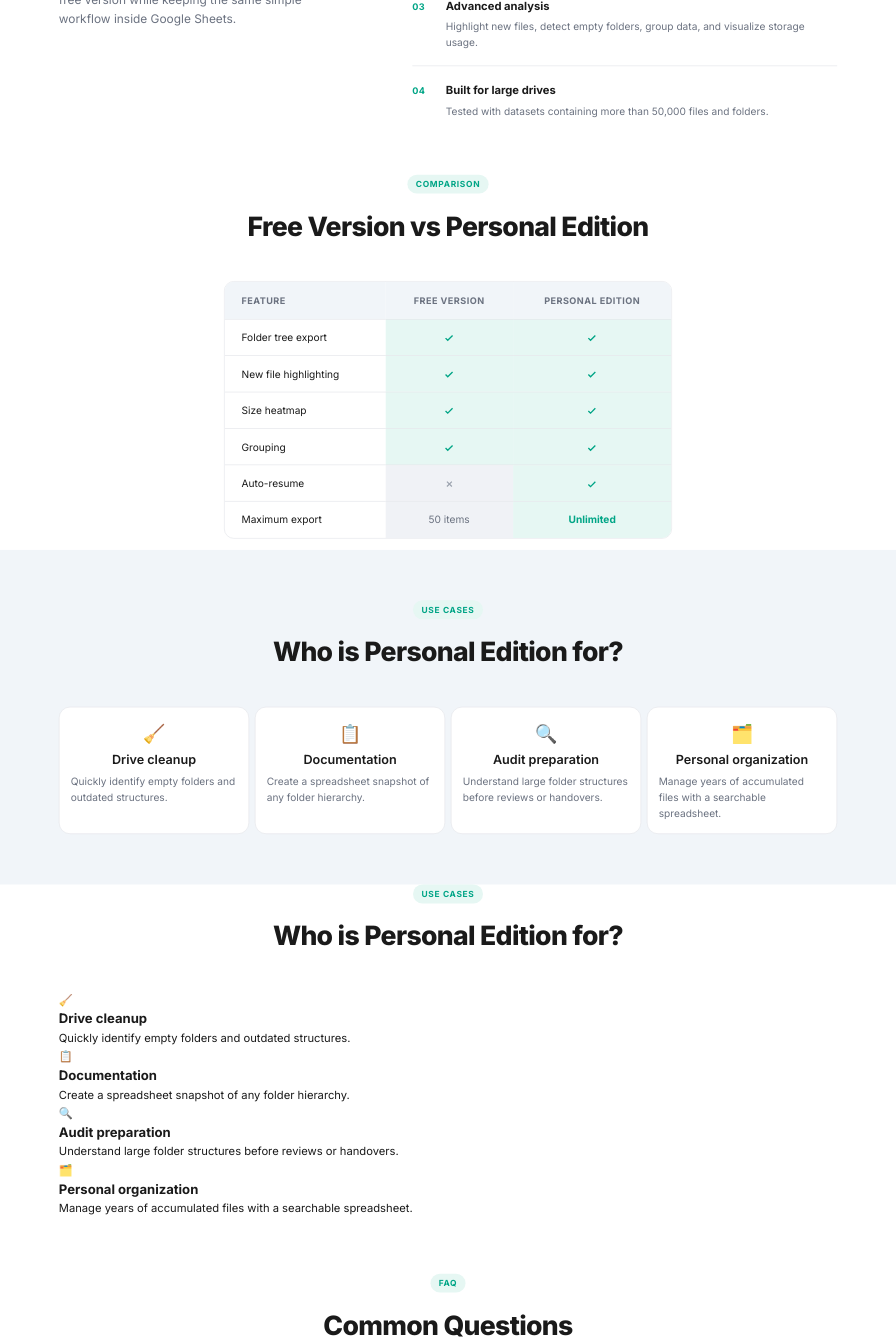
Repository: toishitool/gdrive-to-sheet
Page: personal-edition.html
These files come from the project's save history. The page is drawn as it stood at one moment and after the next save; the edit follows.
The browser window is 1280 px wide. The pictures show the part of the page from y = 1451 to 3371 px (the page is 4620 px tall before and 4700 px after), at 70% of full size.

Above is the page before, as saved 2026-06-26 22:18:05.

After the next save:
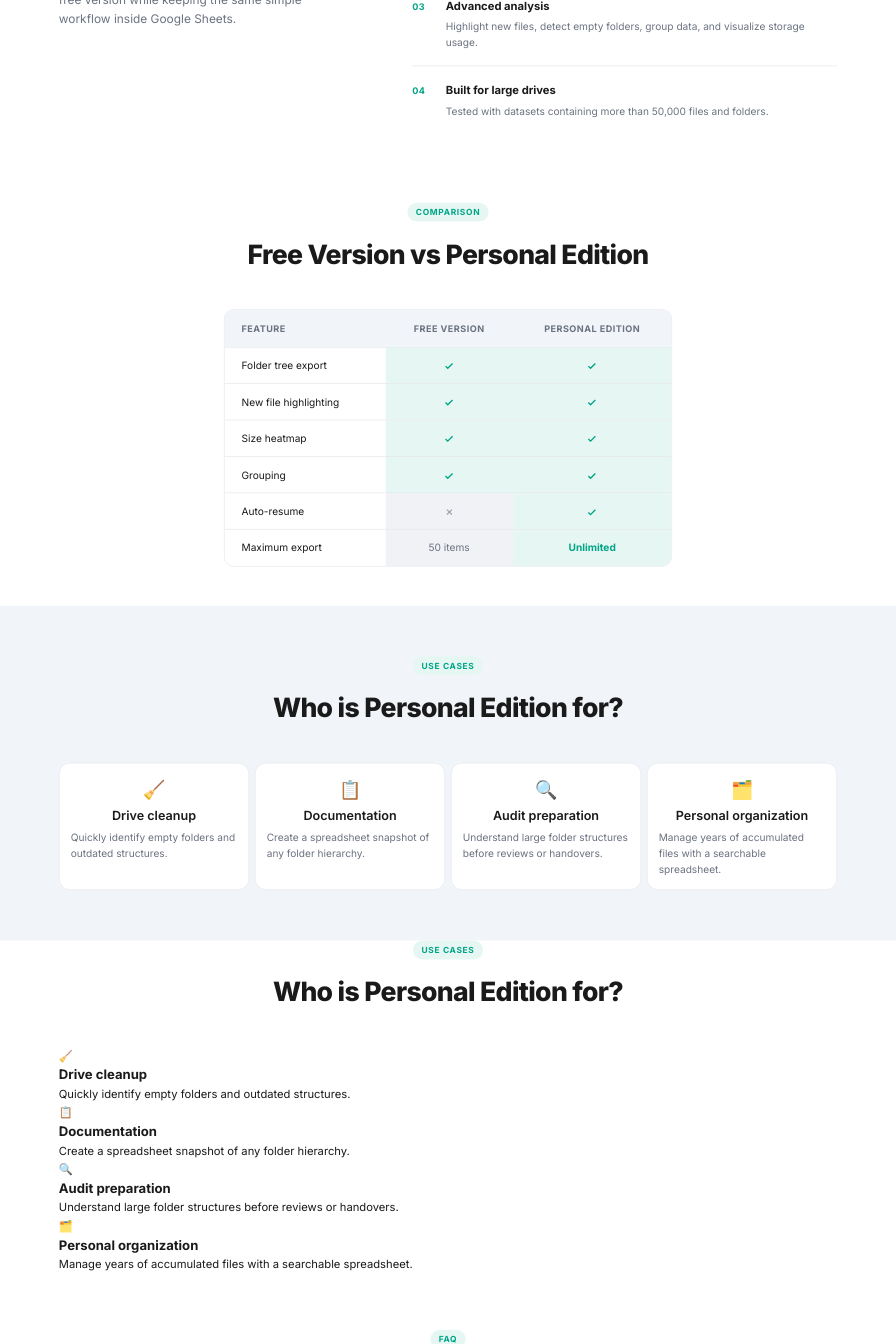
Saved 16 s later.
--- a/personal-edition.html
+++ b/personal-edition.html
@@ -214,7 +214,7 @@
   </div>
 </section>
 
-<section class="comparison reveal">
+<section class="comparison reveal section-base">
   <div class="container">
     <div class="section-header">
       <span class="eyebrow">Comparison</span>
